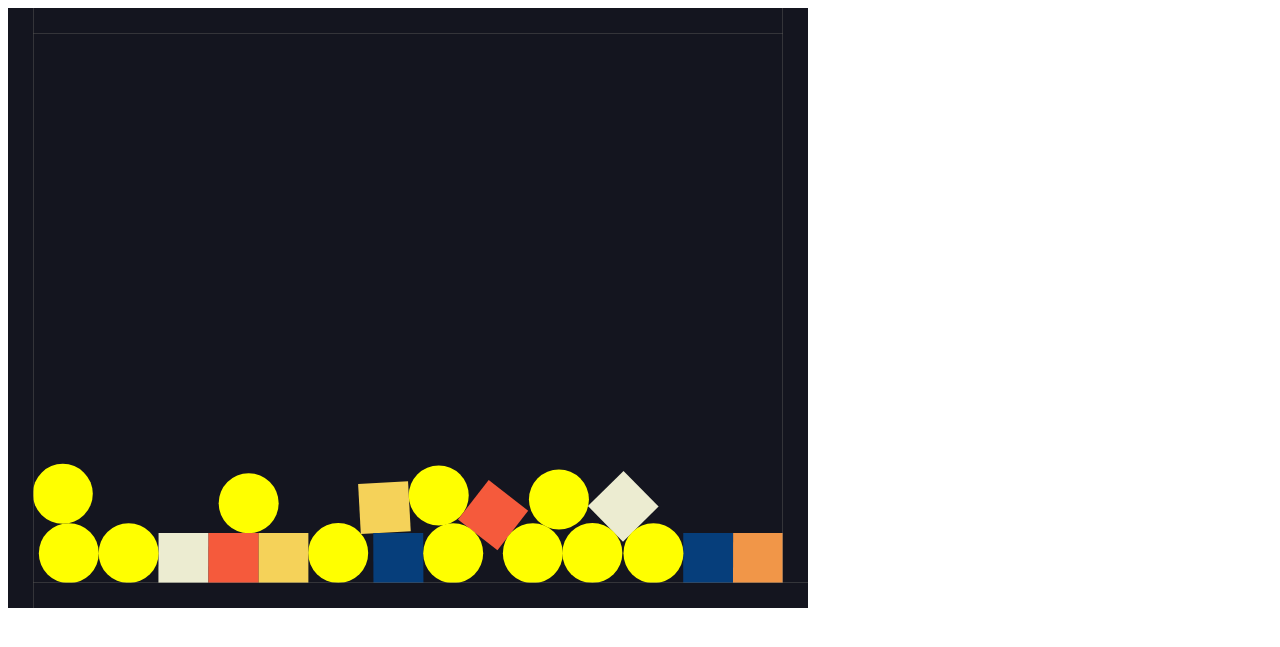
Repository: Sbethm/maze-runner
Page: index.html
These files come from the project's save history. The page is drawn as it stood at one moment and after the next save; the edit follows.
The browser window is 1280 px wide. The pictures show the whole page.
Some web libraries are served in a nearby version.

Above is the page before, as saved 2021-10-04 10:08:48.

After the next save:
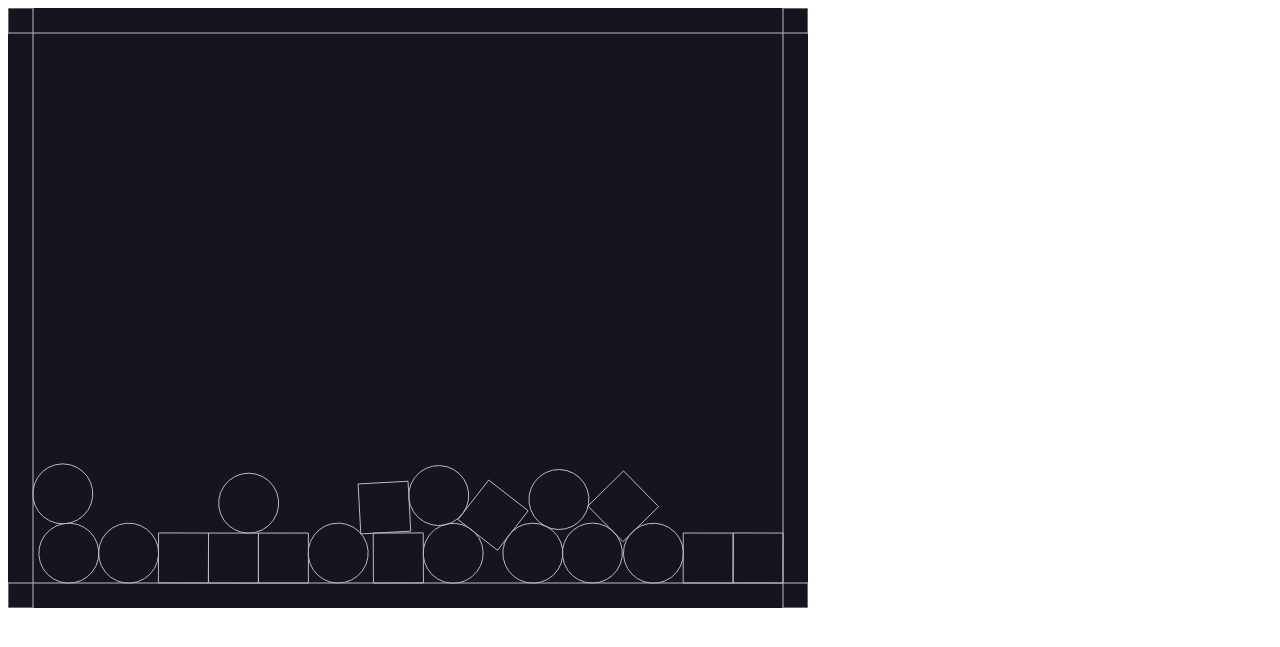
Saved 13 min 58 s later.
--- a/app.js
+++ b/app.js
@@ -11,7 +11,7 @@ const render = Render.create({
     element: document.body,
     engine: engine,
     options: {
-        wireframes: false,
+        // wireframes: false,
         width,
         height
     }
